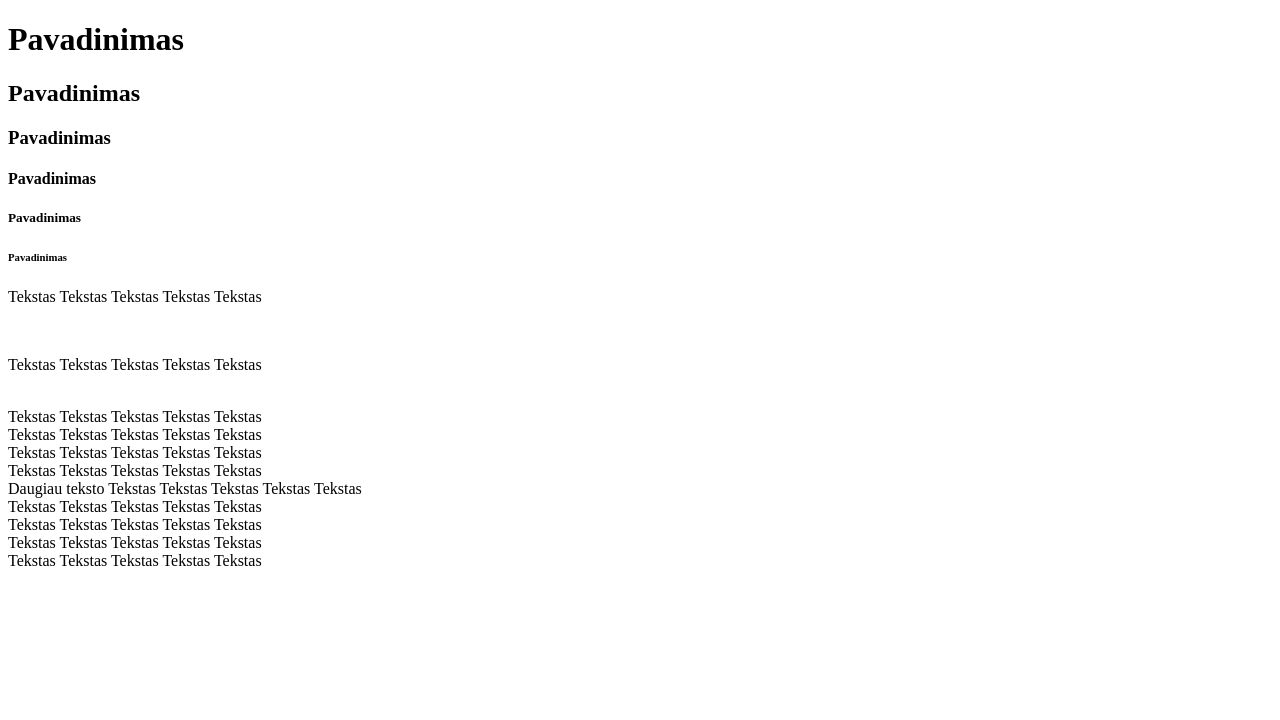
Repository: motiejus1/01-paskait
Page: pirmas.html
An editor plug-in stored every save of this project. The page is shown before and after the next save, followed by the edit.
The browser window is 1280 px wide. The pictures show the whole page.

Above is the page before, as saved 2021-05-31 20:27:15.

### pirmas.html
<!DOCTYPE html>

<html lang="en">
    <head>
        <meta charset="UTF-8">
        <meta http-equiv="X-UA-Compatible" content="IE=edge">
        <meta name="viewport" content="width=device-width, initial-scale=1.0">
        <title>Pirma paskaita</title>
    </head>

    <body>

        <h1>Pavadinimas</h1>
        <h2>Pavadinimas</h2>
        <h3>Pavadinimas</h3>
        <h4>Pavadinimas</h4>
        <h5>Pavadinimas</h5>
        <h6>Pavadinimas</h6>

        <p>Tekstas Tekstas Tekstas Tekstas Tekstas</p><br>
        <p>Tekstas Tekstas Tekstas Tekstas Tekstas</p><br>

        Tekstas Tekstas Tekstas Tekstas Tekstas<br>
        Tekstas Tekstas Tekstas Tekstas Tekstas<br>
        Tekstas Tekstas Tekstas Tekstas Tekstas<br>
        Tekstas Tekstas Tekstas Tekstas Tekstas<br>

        Daugiau teksto


        Tekstas Tekstas Tekstas Tekstas Tekstas<br>
        Tekstas Tekstas Tekstas Tekstas Tekstas<br>
        Tekstas Tekstas Tekstas Tekstas Tekstas<br>
        Tekstas Tekstas Tekstas Tekstas Tekstas<br>

        Tekstas Tekstas Tekstas Tekstas Tekstas<br>
    </body>

</html>

After the next save:
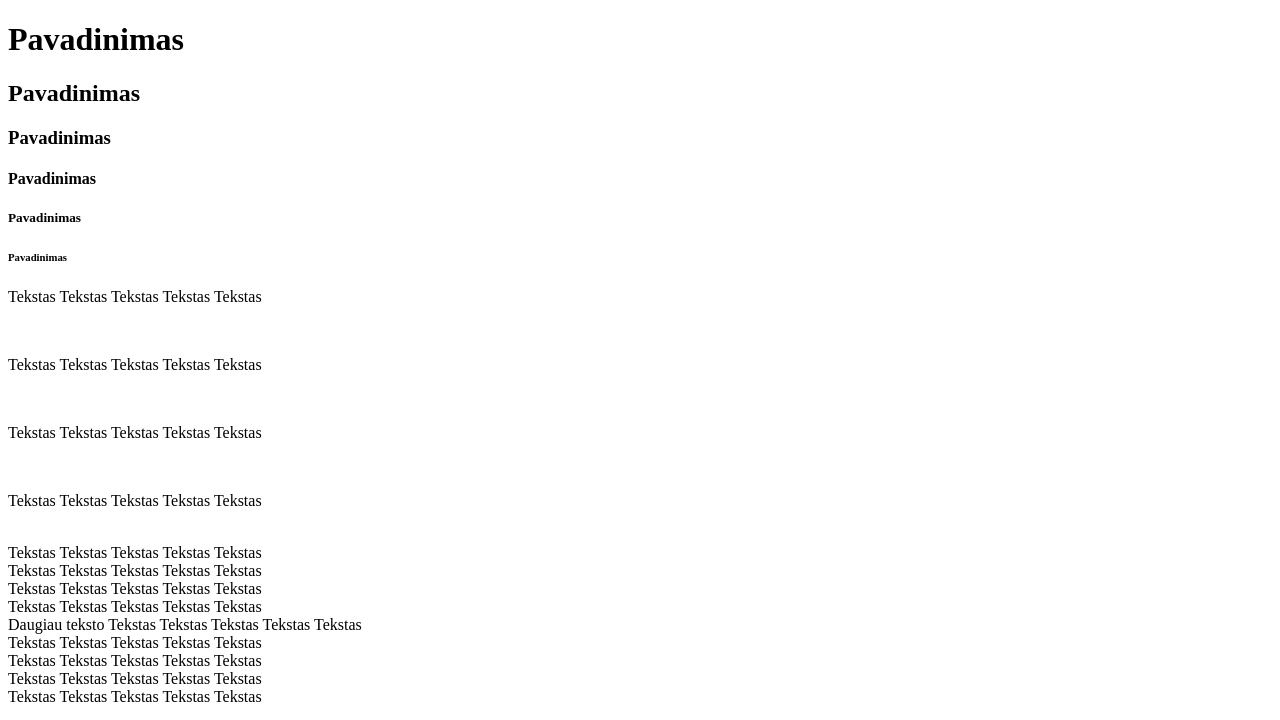
Saved 5 s later.
--- a/pirmas.html
+++ b/pirmas.html
@@ -19,7 +19,8 @@
 
         <p>Tekstas Tekstas Tekstas Tekstas Tekstas</p><br>
         <p>Tekstas Tekstas Tekstas Tekstas Tekstas</p><br>
-
+        <p>Tekstas Tekstas Tekstas Tekstas Tekstas</p><br>
+        <p>Tekstas Tekstas Tekstas Tekstas Tekstas</p><br>
         Tekstas Tekstas Tekstas Tekstas Tekstas<br>
         Tekstas Tekstas Tekstas Tekstas Tekstas<br>
         Tekstas Tekstas Tekstas Tekstas Tekstas<br>
